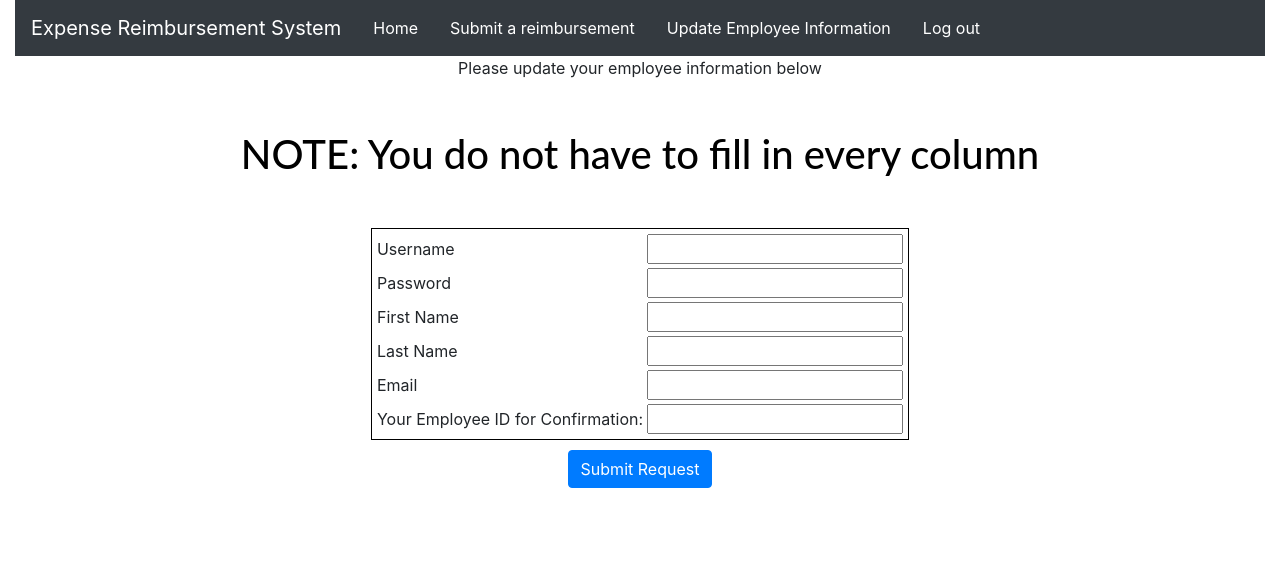
Repository: Trevormulrenin/ers-app
Page: ers-app/src/main/webapp/html/employee_info.html
These files come from the project's save history. The page is drawn as it stood at one moment and after the next save; the edit follows.
The browser window is 1280 px wide. The pictures show the whole page.

Above is the page before, as saved 2021-03-30 23:40:23.

### ers-app/src/main/webapp/html/employee_info.html
<!DOCTYPE html>
<html>
<head>
	<meta charset="UTF-8">
	<meta name="viewport" content="width=device-with, initial-scale=1.0">
	<meta http-equiv="cache-control" content="max-age=0" />
<meta http-equiv="cache-control" content="no-cache" />
<meta http-equiv="expires" content="0" />
<meta http-equiv="expires" content="Tue, 01 Jan 1980 1:00:00 GMT" />
<meta http-equiv="pragma" content="no-cache" />
	<link rel="stylesheet" href="https://stackpath.bootstrapcdn.com/bootstrap/4.5.2/css/bootstrap.min.css" integrity="sha384-JcKb8q3iqJ61gNV9KGb8thSsNjpSL0n8PARn9HuZOnIxN0hoP+VmmDGMN5t9UJ0Z" crossorigin="anonymous">
 	<link rel="stylesheet" type="text/css" href="../css/style.css">

<title>Expense Reimbursement System</title>
</head>

<body>
	<div class="container-fluid">
		<nav class="navbar navbar-expand-lg navbar-dark bg-dark">
			<a class="navbar-brand" href="employee_home.html">Expense Reimbursement System</a>
				<a class="nav-item nav-link" href="employee_home.html">Home</a>
				<a class="nav-item nav-link" href="reimbursement_home.html">Submit a reimbursement</a>
				<a class="nav-item nav-link" href="employee_info.html">Update Employee Information</a>

			<div class="nav-list-right" id="navbar-menu-right">
				<a class="nav-item nav-link" href="logout.html">Log out</a>
			</div>

		</nav>
	</div>

		<div class="container">
		<header style="text-align:center"> Please update your employee information below</header>
		<h1> NOTE: You do not have to fill in every column</h1>

		<form action="../UpdateEmployeeServlet" method="post">
			<table class="center" id="update-table">
				<tr>
					<td>Username</td>
					<td><input type="text" id="employeeUsername"
						name="employeeUsername" value=""></td>
				</tr>
				<tr>
					<td>Password</td>
					<td><input type="text" step="any" name="employeePassword">
					</td>
				</tr>
				<tr>
					<td>First Name</td>
					<td><input type="text" step="any" name="firstName">
					</td>
				</tr>
				<tr>
					<td>Last Name</td>
					<td><input type="text" step="any" name="lastName">
					</td>
				</tr>
				<tr>
					<td>Email</td>
					<td><input type="text" step="any" name="email">
					</td>
				</tr>
				<tr>
					<td>Your Employee ID for Confirmation:</td>
					<td><input type="number" name="employeeId"></td>
				</tr>
			</table>
			<div class="log-in-button">
				<button type="submit" class="btn btn-primary">Submit
					Request</button>
			</div>
		</form>
	</div>

</body>
</html>

### ers-app/src/main/webapp/css/style.css
@charset "UTF-8";

#navbar-menu-right{
	text-decoration: none;
	color: black;
}

.nav-item, .nav-item-active, .nav-list-right {
		color: white;
		border: 1px;
		border-color:white;
	}

h1 {
	text-align: center;
    font-family: Lato;
    color: Black;
    font-size: 40px;
    margin: 50px;
}

p {
	text-align: center;
    font-family: Lato;
	color: Black;
	font-size: 15px;
}

h2 {
	text-align: center;
    font-family: Lato;
    color: Black;
    font-size: 40px;
    margin: 25px;
}

#enter-credentials {
	text-align: center;
    font-family: Lato;
	color: Black;
	font-size: 20px;
}


#pending-reimbursement, #resolved-reimbursement {
	border: 2px solid black;
	color: black;
	text-align:center;
	height: 300px;
	width: 400px;
    top:30%;
    left:10%;
/*     display: flex; */
/* 	justify-content: space-evenly; */
}

#pending-reimbursement {
	float: left;
}

#resolved-reimbursement:hover {
	background-color: gray;
	color:white;
}

#pending-reimbursement:hover {
	background-color: gray;

	color:white;
}

#pending-table, #resolved-table {
	padding: 10px;
	margin-left: auto;
	margin-right: auto;
	margin-top:20%;
	border: 2px solid black;
	border-collapse: separate;
	border-spacing: 10px;
}

.nav-item, .nav-item-active, .nav-list-right {
/* 		text-decoration: none; */
		color: white;
		border: 1px;
		border-color:white;
	}

th, tr {
	border: 2px;
}

#log-in-button {
	text-align: center;
}

.login {
	border: 2px solid black;
	content: 5px;
	width: auto;
	text-align: center;
	padding: 5px;
	margin: auto;
	box-shadow: white;
}

#update-table {
	width: "100%";
	padding: 2px;
	margin-top: 5px;
	margin-bottom: 0px;
	margin-left: auto;
	margin-right: auto;
	border: 1px solid black;
	border-collapse: separate;
	border-spacing: 2px;
}

#reimbursement-table {
	width: "100%";
	padding: 2px;
	margin-top: 5px;
	margin-bottom: 0px;
	margin-left: auto;
	margin-right: auto;
	border: 1px solid black;
	border-collapse: separate;
	border-spacing: 2px;
}

.log-in-button {
	text-align: center;
	margin-top: 10px;
}

After the next save:
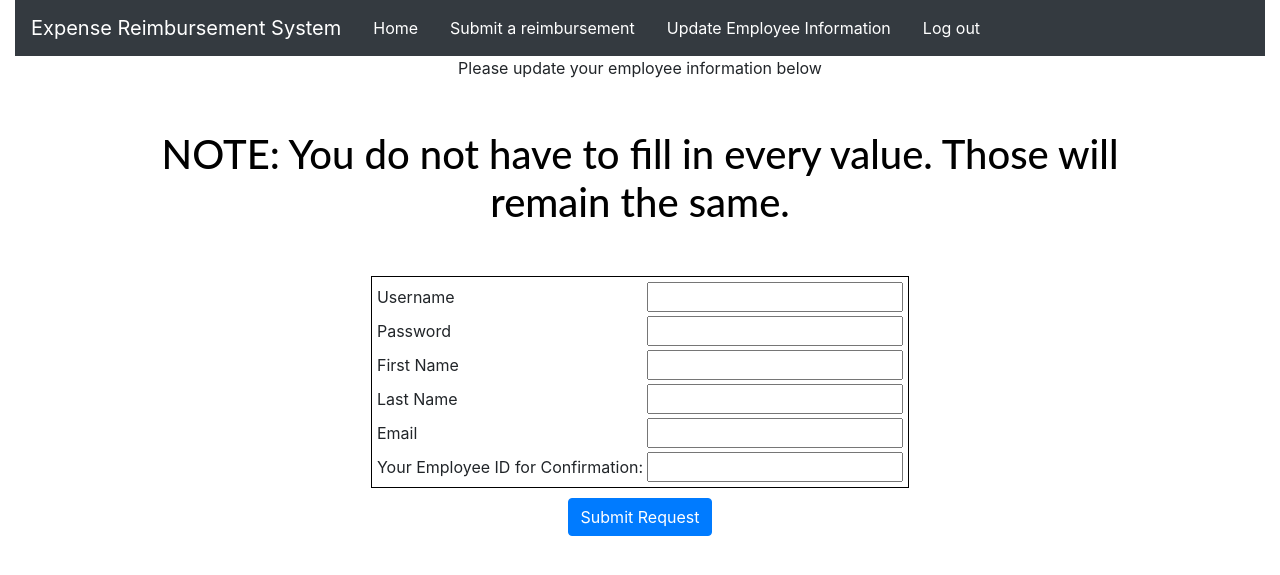
Saved 32 s later.
--- a/ers-app/src/main/webapp/html/employee_info.html
+++ b/ers-app/src/main/webapp/html/employee_info.html
@@ -31,7 +31,7 @@
 
 		<div class="container">
 		<header style="text-align:center"> Please update your employee information below</header>
-		<h1> NOTE: You do not have to fill in every column</h1>
+		<h1> NOTE: You do not have to fill in every value. Those will remain the same.</h1>
 
 		<form action="../UpdateEmployeeServlet" method="post">
 			<table class="center" id="update-table">
